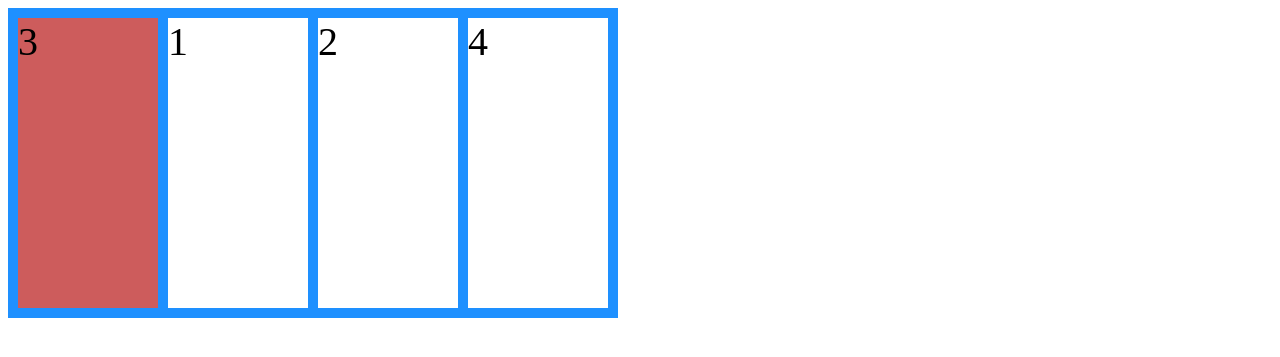
Repository: eversonps/flexbox-grid-css
Page: flexbox/flexbox2.html
The author's editor kept a copy of each file at every save. The page is drawn from the files as they stood at one save, then again after the next save.
The browser window is 1280 px wide. The pictures show the whole page.

Above is the page before, as saved 2022-03-23 15:46:53.

### flexbox/flexbox2.html
<!DOCTYPE html>
<html>

<head>
    <meta charset="UTF-8">
    <title>Flexbox #02</title>
    <style>
        div {
            border: solid 5px dodgerblue;
            font-size: 40px;
        }

        .flex-container div {
            box-sizing: border-box;
        }

        .flex-container{
            display: flex;
            height: 300px;
            width: 600px;
        }

        .flex-container div:nth-child(3){
            background-color: indianred;
            order: 1;
            order: 0;
            order: -1;
            align-self: center;
            align-self: flex-start;
            align-self: flex-end;
            align-self: stretch;
        }

        .flex-container div{
            width: 100px;
            flex-grow: 0;
            flex-grow: 1;
        }

    </style>
</head>

<body>
    <div class="flex-container">
        <div>1</div>
        <div>2</div>
        <div>3</div>
        <div>4</div>
    </div>
</body>

</html>

After the next save:
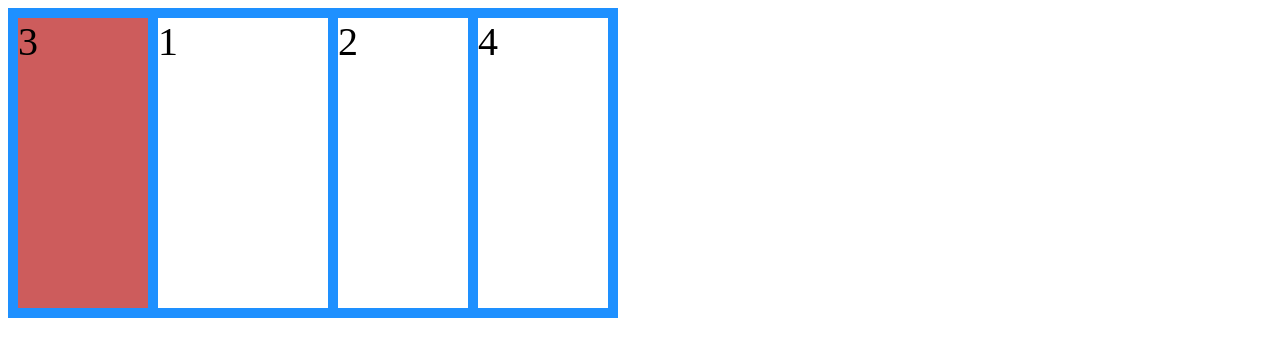
Saved 50 s later.
--- a/flexbox/flexbox2.html
+++ b/flexbox/flexbox2.html
@@ -37,6 +37,10 @@
             flex-grow: 1;
         }
 
+        .flex-container div:nth-child(1){
+            flex-grow: 2;
+        }
+
     </style>
 </head>
 
